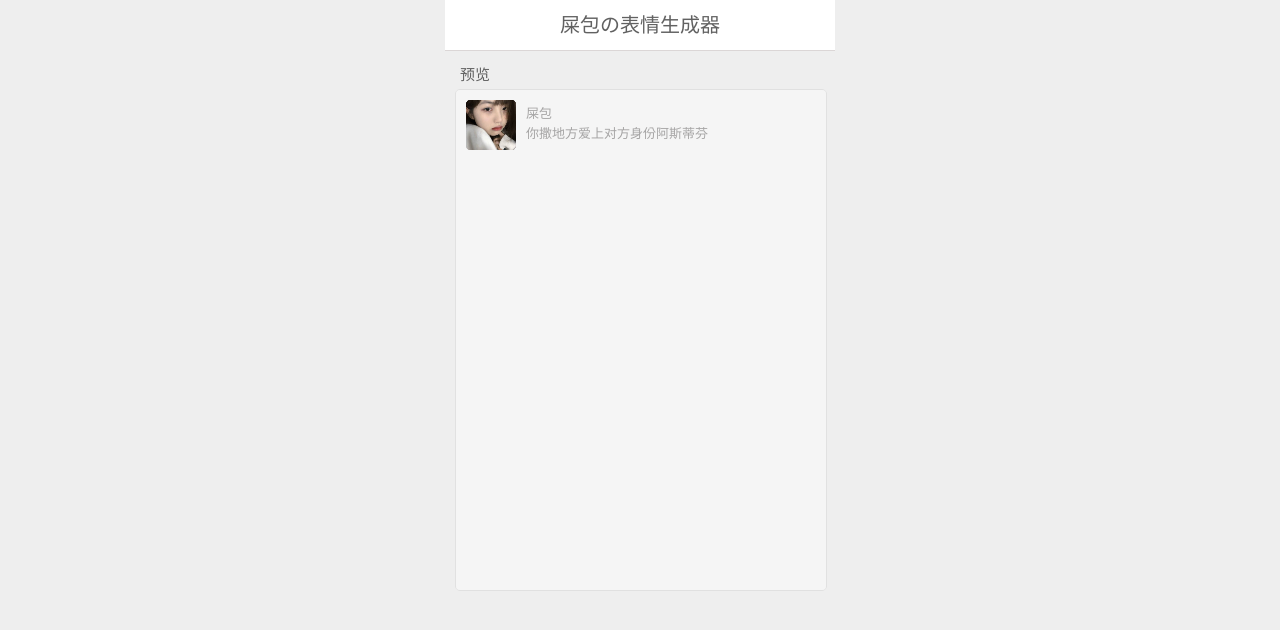
Repository: long-zuyang/shibao
Page: /
These files come from the project's save history. The page is drawn as it stood at one moment and after a run of saves; the edit follows.
The browser window is 1280 px wide. The pictures show the whole page.
The project was rebuilt for these pictures with package versions that can differ from the ones it lists, and the page was loaded fresh each time. Also part of the build but not shown: vite.config.ts.

Above is the page before, as saved 2023-06-30 04:50:41.

### src/main.tsx
import React from 'react';
import ReactDOM from 'react-dom/client';
import 'normalize.css';
import App from './App.tsx';

ReactDOM.createRoot(document.getElementById('root') as HTMLElement).render(
  <React.StrictMode>
    <App />
  </React.StrictMode>
);

### src/App.tsx
// import { useState } from 'react';
import { Flex, Image } from 'react-vant';
import React from 'react';
import './App.less';

import CanvasDrow from './components/CanvasDraw';

// function App() {
//   // const [count, setCount] = useState(0);
//   // console.log(document.getElementById('cvs'));

// }

class App extends React.Component {
  state = {};

  componentDidMount() {
    // console.log(document.getElementById('cvs'));
  }

  render() {
    console.log('渲染');

    return (
      <div className="main">
        <div className="top">
          <div className="name">屎包の表情生成器</div>
        </div>
        <div className="container">
          <span className="tips">预览</span>
          <CanvasDrow />
        </div>
      </div>
    );
  }
}

export default App;

### src/App.less
html,
body {
  background-color: #eee;
  .main {
    width: 390px;
    margin: 0 auto;
    .top {
      height: 50px;
      position: relative;
      border-bottom: 1px solid rgb(219, 214, 214);
      background-color: #fff;
      .name {
        color: #616161;
        font-size: 20px;
        text-align: center;
        position: absolute;
        top: calc(50% - 11px);

        width: 100%;
        font-family: 微软雅黑;
      }
    }
    .container {
      margin-top: 15px;
      padding: 0 10px;
      .tips {
        font-size: 15px;
        margin: 0px 5px;
        color: #616161;
        font-family: 微软雅黑;
      }
      canvas {
        margin-top: 5px;
        height: 500px;
        width: 370px;
        border: 1px solid rgba(223, 223, 223, 0.9);
        border-radius: 5px;
      }
    }
  }
}

### src/components/CanvasDraw.tsx
import { useRef, useEffect, useState, useCallback } from 'react';
import BaseImg from '../assets/base.jpg';
import JieGe from '../assets/jiege.png';

function CanvasDraw() {
  const canvasRef = useRef<HTMLCanvasElement>(null);
  const [nickNameWidth, setNickNameWidth] = useState(0);
  const [nickNameHeight, setNickNameHeight] = useState(0);

  /**
   * 初始化 Canvas
   * @param canvas Canvas DOM对象
   * @param context Canvas Context 上下文对象
   */
  function initCanvas(
    canvas: HTMLCanvasElement,
    context: CanvasRenderingContext2D | null
  ) {
    if (!context) {
      return;
    }

    // 获取Canvas的宽高
    const canvasWidth = canvas.clientWidth;
    const canvasHeight = canvas.clientHeight;

    // 缩放Canvas提升分辨率
    const dpr = window.devicePixelRatio || 1;
    canvas.width = canvasWidth * dpr;
    canvas.height = canvasHeight * dpr;
    context.scale(dpr, dpr);

    // 设置背景颜色为灰色
    context.fillStyle = '#f5f5f5';
    context.fillRect(0, 0, canvas.width, canvas.height);
    context.save();

    console.log('Cavas init.');
  }

  /**
   * 渲染圆角头像
   * @param context Canvas Context上下文
   * @param imgPath 头像地址
   */
  function drawRadiusProfilePicture(
    context: CanvasRenderingContext2D | null,
    imgPath: string
  ) {
    if (!context) {
      return;
    }
    // 创建头像图片
    const picture = new Image();
    picture.src = imgPath;

    // 图片加载完成后绘制圆角图片
    picture.onload = () => {
      const x = 10;
      const y = 10;
      const width = 50;
      const height = 50;
      const radius = 5;

      // 开始新的绘图路径
      context.beginPath();
      context.moveTo(x + radius, y);
      context.lineTo(x + width - radius, y);
      context.quadraticCurveTo(x + width, y, x + width, y + radius);
      context.lineTo(x + width, y + height - radius);
      context.quadraticCurveTo(
        x + width,
        y + height,
        x + width - radius,
        y + height
      );
      context.lineTo(x + radius, y + height);
      context.quadraticCurveTo(x, y + height, x, y + height - radius);
      context.lineTo(x, y + radius);
      context.quadraticCurveTo(x, y, x + radius, y);

      // context.stroke(); // 显示线条

      context.closePath();
      context.clip();
      context.drawImage(
        picture,
        0,
        0,
        picture.width,
        picture.height,
        x,
        y,
        width,
        height
      );

      context.restore();

      console.log('Draw Radius Profile Picture.');
    };
  }

  /**
   * 渲染昵称
   * @param context Canvas Context上下文
   * @param nickName 昵称
   */
  function drawNickName(
    context: CanvasRenderingContext2D,
    nickName: string
  ): number {
    if (!context) {
      return 0;
    }
    context.font = '13px 微软雅黑';
    // 设置文本基线位置
    context.textBaseline = 'top';
    context.fillStyle = '#a6a5a5';

    // 绘制文本
    context.fillText(nickName, 70, 18);
    context.save();

    console.log('Draw NickName');

    const _textWidth = context.measureText(nickName).width;
    const _textHeight =
      context.measureText(nickName).actualBoundingBoxAscent +
      context.measureText(nickName).actualBoundingBoxDescent;

    setNickNameWidth(_textWidth);
    setNickNameHeight(_textHeight);
    // 返回渲染文本的宽度
    return _textWidth;
  }

  /**
   * 渲染表情包
   * @param context Canvas Context上下文
   * @param imgPath 头像地址
   */
  useCallback((ontext: CanvasRenderingContext2D, imgPath: string) => {})
  function drawMeme(context: CanvasRenderingContext2D, imgPath: string) {
    if (!context) {
      return;
    }
    imgPath;

    // 计算起始位置
    const _imgStartX = 10 + 50 + 10;
    const _imgStartY = 18 + nickNameHeight + 8;

    // 计算剩下最大的渲染距离

    // 渲染
    context.textBaseline = 'top';

    context.fillText('你撒地方爱上对方身份阿斯蒂芬', _imgStartX, _imgStartY);

    console.log(_imgStartX, _imgStartY);
  }

  useEffect(() => {
    const canvas = canvasRef.current;
    if (!canvas) {
      return;
    }
    const ctx = canvas.getContext('2d');
    if (!ctx) {
      return;
    }

    // 初始化 Canvas
    initCanvas(canvas, ctx);

    // 渲染圆角头像
    drawRadiusProfilePicture(ctx, BaseImg);

    // 渲染昵称
    drawNickName(ctx, '屎包');
    // console.log(nickNameWidth, nickNameHeight);

    // 渲染表情图
    drawMeme(ctx, JieGe);
  }, [nickNameWidth, nickNameHeight, drawMeme]);

  return <canvas ref={canvasRef} />;
}

export default CanvasDraw;

Loaded but not shown: index.html (common file)

After the next 2 saves:
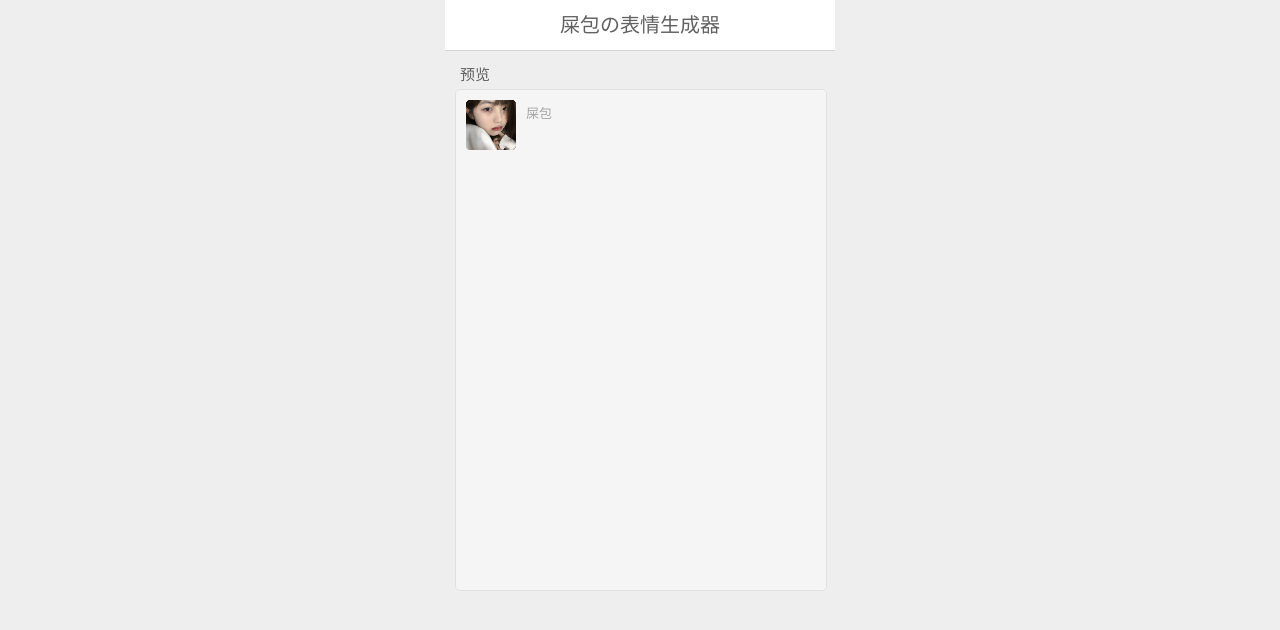
The 2 saves are shown as one change because they came seconds apart.
The last was saved 7 s later.
--- a/src/components/CanvasDraw.tsx
+++ b/src/components/CanvasDraw.tsx
@@ -140,8 +140,7 @@ function CanvasDraw() {
    * @param context Canvas Context上下文
    * @param imgPath 头像地址
    */
-  useCallback((ontext: CanvasRenderingContext2D, imgPath: string) => {})
-  function drawMeme(context: CanvasRenderingContext2D, imgPath: string) {
+  useCallback((ontext: CanvasRenderingContext2D, imgPath: string) => {
     if (!context) {
       return;
     }
@@ -159,7 +158,8 @@ function CanvasDraw() {
     context.fillText('你撒地方爱上对方身份阿斯蒂芬', _imgStartX, _imgStartY);
 
     console.log(_imgStartX, _imgStartY);
-  }
+  });
+  function drawMeme(context: CanvasRenderingContext2D, imgPath: string) {}
 
   useEffect(() => {
     const canvas = canvasRef.current;
